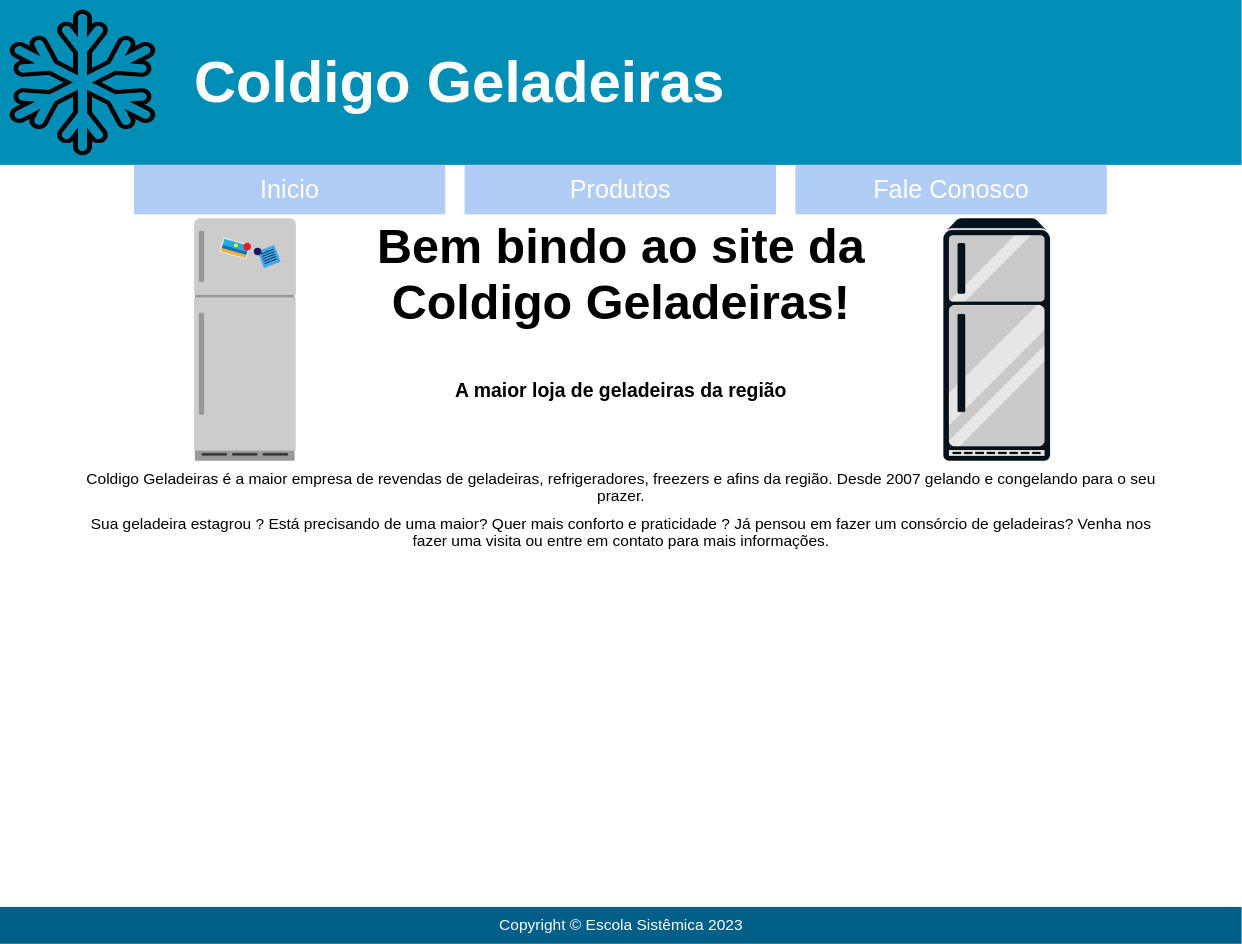
Repository: Fernandowarmling/Senai_Coldigo_Geladeiras
Page: http://localhost/ProjetoTrilhaWeb/
An editor plug-in stored every save of this project. The page is shown before and after the next save, followed by the edit.
The browser window is 1280 px wide. The pictures show the whole page, at 97% of full size.
The page is served by Tomcat 9.

Above is the page before, as saved 2023-05-30 22:58:24.

### Senai_ProjetoTilhaWeb/ProjetoTrilhaWeb/src/main/webapp/index.html
<!DOCTYPE html>
<html lang="pt-br">

<head>
    <meta charset="UTF-8">
    <meta name="descripiton" content="Site da Coldigos Refrigeração">
    <meta name="keywords" content="Geladeiras, Frost-Free, Refrigeração">
    <meta name="author" content="Escola Sistêmica">
    <meta name="viewport" content="width=device-width, initial-scale=1.0">
    <title>Coldigo Geladeiras</title>
    <link rel="stylesheet" type="text/css" href="css/site.css">
        <script src="https://code.jquery.com/jquery-3.6.4.min.js" integrity="sha256-oP6HI9z1XaZNBrJURtCoUT5SUnxFr8s3BzRl+cbzUq8=" crossorigin="anonymous"></script>
    <script src="/js/site.js"></script>
</head>

<body>
    <header>
    </header>
    <nav>
    </nav>
    <section>
        <div id="topo">
            <img src="imgs/geladeira1.png" alt="imagem de uma geladeira" class="geladeira esquerda">
            <div id="titulos">
                <h2 class="indexsectionh2">Bem bindo ao site da <br>Coldigo Geladeiras!</h2>
                <h3 class="indexsectionh3">A maior loja de geladeiras da região</h3>
            </div>
            <img src="imgs/geladeira2.png" alt="Imagem de uma geladeira" class="geladeira direita">
        </div>
        <p>Coldigo Geladeiras é a maior empresa de revendas de geladeiras, refrigeradores, freezers e afins da região.
            Desde 2007 gelando e congelando para o seu prazer. </p>
        <p>Sua geladeira estagrou ? Está precisando de uma maior? Quer mais conforto e praticidade ? Já pensou em fazer
            um consórcio de geladeiras?
            Venha nos fazer uma visita ou entre em contato para mais informações.</p>




    </section>
    <footer></footer>
</body>

</html>

### Senai_ProjetoTilhaWeb/ProjetoTrilhaWeb/src/main/webapp/css/site.css
@charset "UTF-8";

/* Configuração geral corpo da pagina */

body {
	margin: 0 auto;
	font-family: "Century Gothic", sans-serif;
}

/*
Configurações gerais
*/

/*Cabeçalho */

header {
	height: 170px;
	background-color: #008eb6;
}

header img {
	float: left;
	height: 150px;
	width: 150px;
	margin: 10px;
}

header h1 {
	float: left;
	margin: 50px 0 0 30px;
	font-size: 60px;
	color: #ffffff;
}

/*Menu*/

nav {
	clear: both;
	width: 80%;
	margin: 0px auto;
	height: 55px;
}

nav a {
	color: white;
	text-decoration: none;
	text-align: center;
}

nav .opcao {
	float: left;
	width: 31.3%;
	background-color: #b1ccf5;
	padding: 10px 0;
	margin: 0 1%;
	font-size: 26px;
}

nav .opcao:hover {
	background-color: #83adf3;
}

/*área geral para cconteudos especificos de cada pagina*/
section {
	clear: both;
	min-height: 710px;
	width: 100%;
	margin-top: 0px;
}

/*rodape*/
footer {
	background-color: #005f89;
	color: #fff;
	text-align: center;
	padding: 10px;
}

/****************************** Configuração da página inicial*************************************/

section #topo {
	width: 900px;
	margin: 0px auto;
	height: 250px;
	/*background-color: red;*/
}

.geladeira {
	height: 250px;
	width: 125px;
}

.direita {
	float: right;
}

.esquerda {
	float: left;
}

section #titulos {
	float: left;
	height: 250px;
	width: 650px;
	margin: 0px auto;
}

.indexsectionh2 {
	text-align: center;
	margin-top: 0px;
	margin-bottom: 10px;
	font-size: 50px;

}

.indexsectionh3 {
	text-align: center;
	margin-top: 50px;
	font-size: 20px;
}

section p {
	clear: both;
	text-align: center;
	margin: 10px 80px;
}

/*****************************Configuração tabela do produtos *********************/

.tabelaProdutos {
	margin: 10px auto;
	text-align: center;
}

.tituloTabela {
	text-align: center;
	font-size: 30px;
	font-weight: bold;
	color: #fff;
	padding: 5px;
	border: transparent;
}

tr,
td,
th {
	border: 1px solid #B0C4DE;
	padding: 5px;
}

tr,
td {
	font-size: 14px;
}

tr:nth-child(even) {
	background-color: #b1ccf5;
}

tr:nth-child(odd) {
	background-color: #83afd3;
}

/********************************Configuração da pagina fale conosco *******************************/

.faleConosco {
	width: 300px;
	margin: 0px auto;
	font-weight: bold;
	margin-bottom: 10px;
}

.faleConosco input, .faleConosco textarea, .faleConosco select{
	margin: 5px auto;
	width: 100%;
	padding: 5px 0;
}

.faleConosco textarea{
	height: 100px;
	resize: none;
}

.faleConosco button{
	width: 30%;
	margin: 0 10%;
	background-color: #b1ccf5;
	font-weight: bold;
	font-size: 16px;
}

### Senai_ProjetoTilhaWeb/ProjetoTrilhaWeb/src/main/webapp/js/site.js
function validaFaleConosco() {
    /*    if (document.frmfaleconosco.txtnome.value == "") {
            alert("Preecha o campo Nome.");
            document.frmfaleconosco.txtnome.focus();
            return false;
        }
    */
    var nome = document.frmfaleconosco.txtnome.value
    var expRegNome = new RegExp("^[A-zÀ-ü]{3,}([ ]{1}[A-zÀ-ü]{2,})+$");
    if (!expRegNome.test(nome)) {
        alert("Preencha o campo Nome correntamente.");
        document.frmfaleconosco.txtnome.focus();
        return false;
    }

    /*if (document.frmfaleconosco.txtfone.value == "") {
        alert("Preencha o campo Telefone");
        document.frmfaleconosco.txtfone.focus();
        return false;
    }*/

    var fone = document.frmfaleconosco.txtfone.value;
    var expRegFone = new RegExp("^[(]{1}[1-9]{2}[)]{1}[0-9]{4,5}[-]{1}[0-9]{4}$");

    if (!expRegFone.test(fone)) {
        alert("Preencha o campo Telefone corretamente.");
        document.frmfaleconosco.txtfone.focus();
        return false;
    }


    if (document.frmfaleconosco.txtemail.value == "") {
        alert("Preencha o campo E-mail");
        document.frmfaleconosco.txtemail.focus();
        return false;
    }

    if (document.frmfaleconosco.txacomentario.value == "") {
        alert("Preencha o campo Comentario");
        document.frmfaleconosco.txacomentario.focus();
        return false;
    }
}

function verificaMotivo(motivo) {
    var elemento = document.getElementById("opcaoProduto");
    if (motivo == "PR") {
        var select = document.createElement("select");

        select.setAttribute("name", "selproduto");

        var option = document.createElement("option");

        option.setAttribute("value", "FR");

        var texto = document.createTextNode("Freezer");

        option.appendChild(texto);

        select.appendChild(option);

        var option = document.createElement("option");

        option.setAttribute("value", "GE");

        var texto = document.createTextNode("Geladeira");

        option.appendChild(texto);

        select.appendChild(option);

        elemento.appendChild(select);

    } else {
        if (elemento.firstChild) {
            elemento.removeChild(elemento.firstChild);
        }
    }
}/* Fim de verificação de fale conosco*/

// assim que o documento HTML for carregado por completo ....
$(document).ready(function(){
    //carrega cabeçalho,menu e rodape aos respectivos locais
    $("header").load("/ProjetoTrilhaWeb/WebContent/pages/general/cabecalho.html");
    $("nav").load("/ProjetoTrilhaWeb/WebContent/pages/general/menu.html");
    $("footer").load("/ProjetoTrilhaWeb/WebContent/pages/general/rodape.html");
});

### Senai_ProjetoTilhaWeb/ProjetoTrilhaWeb/src/main/webapp/pages/general/cabecalho.html
        <img src="ProjetoTrilhaWeb/src/main/imgs/floco.png" alt="Logo da Coldigo Geladeiras">
        <h1>Coldigo Geladeiras</h1>

### Senai_ProjetoTilhaWeb/ProjetoTrilhaWeb/src/main/webapp/pages/general/menu.html
<a href="/ProjetoTrilhaWeb/src/main/webapp/index.html">
    <div class="opcao">Inicio</div>
</a>
<a href="/ProjetoTrilhaWeb/WebContent/pages/site/produtos.html">
    <div class="opcao">Produtos</div>
</a>
<a href="/ProjetoTrilhaWeb/WebContent/pages/site/faleconosco.html">
    <div class="opcao">Fale Conosco</div>
</a>

### Senai_ProjetoTilhaWeb/ProjetoTrilhaWeb/src/main/webapp/pages/general/rodape.html
Copyright &copy; Escola Sistêmica 2023

After the next save:
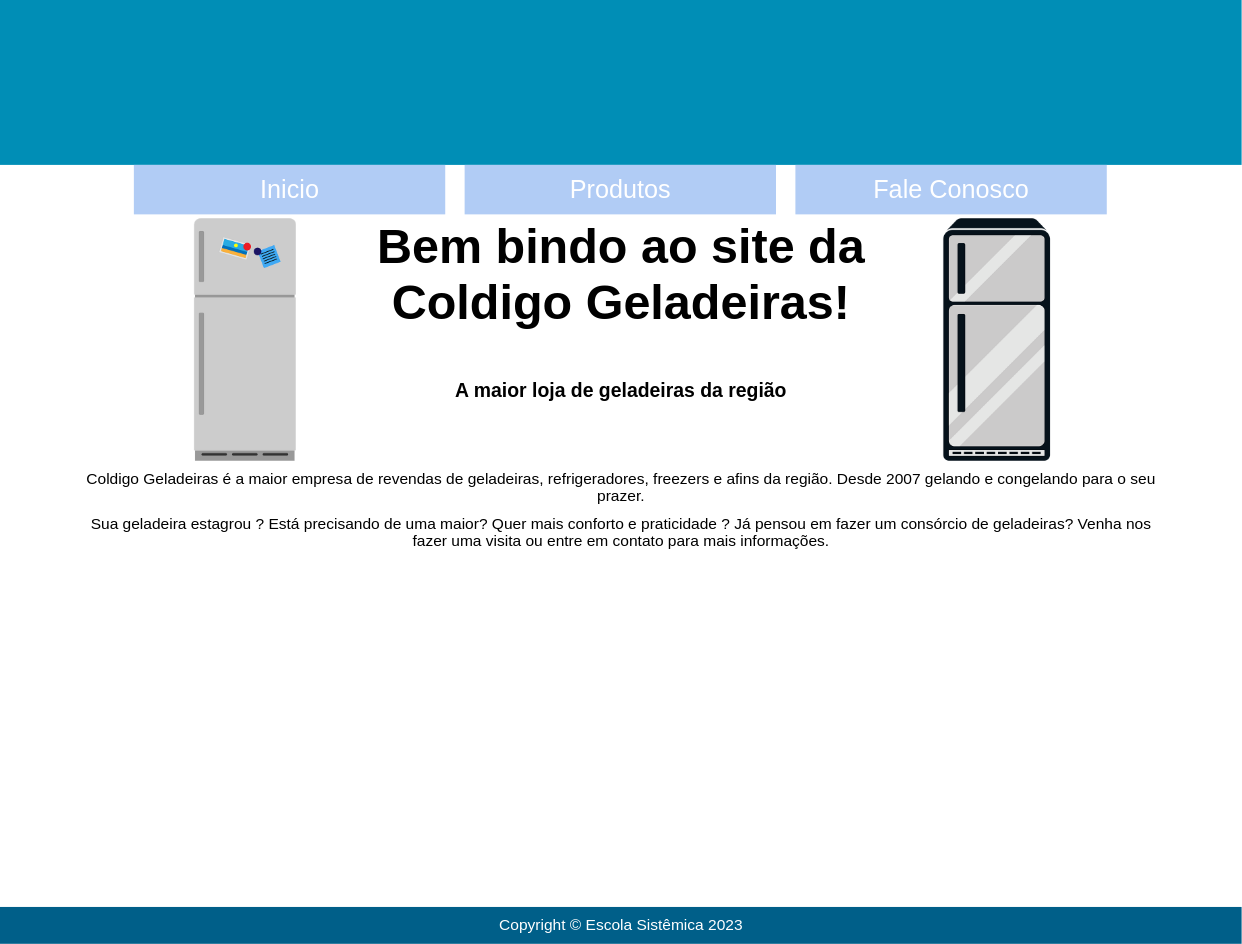
Not found: Senai_ProjetoTilhaWeb/ProjetoTrilhaWeb/ProjetoTrilhaWeb/Webapp/pages/general/cabecalho.html
Saved 2 min 44 s later.
--- a/Senai_ProjetoTilhaWeb/ProjetoTrilhaWeb/src/main/webapp/js/site.js
+++ b/Senai_ProjetoTilhaWeb/ProjetoTrilhaWeb/src/main/webapp/js/site.js
@@ -81,7 +81,7 @@
 // assim que o documento HTML for carregado por completo ....
 $(document).ready(function(){
     //carrega cabeçalho,menu e rodape aos respectivos locais
-    $("header").load("/ProjetoTrilhaWeb/WebContent/pages/general/cabecalho.html");
+    $("header").load("/ProjetoTrilhaWeb/Webapp/pages/general/cabecalho.html");
     $("nav").load("/ProjetoTrilhaWeb/WebContent/pages/general/menu.html");
     $("footer").load("/ProjetoTrilhaWeb/WebContent/pages/general/rodape.html");
 });
